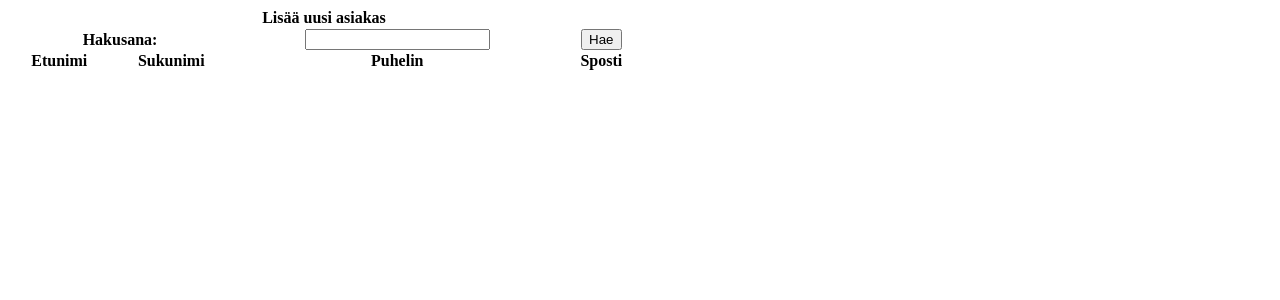
Repository: Lateh13/Asiakkaat
Page: http://localhost/Asiakkaat/listaaasiakkaat.jsp
The author's editor kept a copy of each file at every save. The page is drawn from the files as they stood at one save, then again after the next save.
The browser window is 1280 px wide. The pictures show the whole page.
The page is served by Tomcat 9. Queries for data that is not in the repository find no rows.

Above is the page before, as saved 2020-04-29 15:56:13.

After the next save:
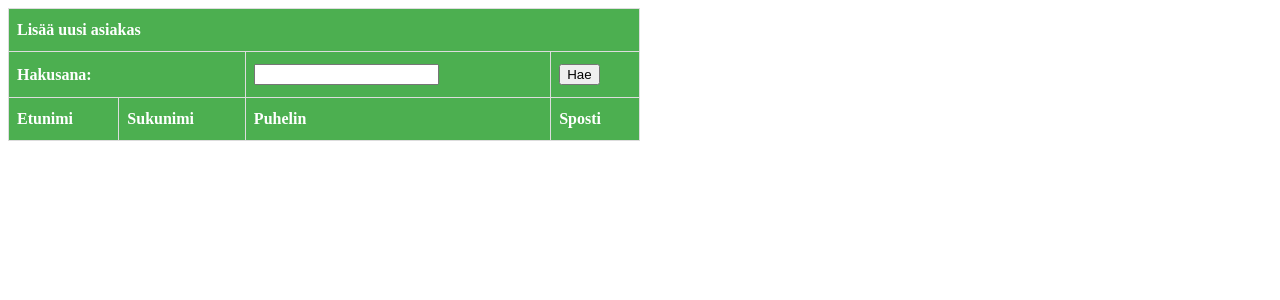
Saved 3 min 50 s later.
--- a/Asiakkaat/WebContent/css/main.css
+++ b/Asiakkaat/WebContent/css/main.css
@@ -3,3 +3,40 @@ table {
 	border-collapse: collapse;
 	width: 50%
 }
+
+table td, table th {
+  border: 1px solid #ddd;
+  padding: 8px;
+}
+
+table tbody tr:nth-child(even){
+	background-color: #f2f2f2;
+}
+
+table tbody tr:hover {
+	background-color: #ddd;
+}
+
+table th {
+  padding-top: 12px;
+  padding-bottom: 12px;
+  text-align: left;
+  background-color: #4CAF50;
+  color: white;
+}
+
+.poista{
+	color: red;
+	text-decoration: underline;
+	cursor: pointer;
+}
+
+.oikealle{
+	text-align: right;
+
+}
+
+#uusiAuto, #takaisin{
+	color: white;
+	cursor: pointer;
+}
